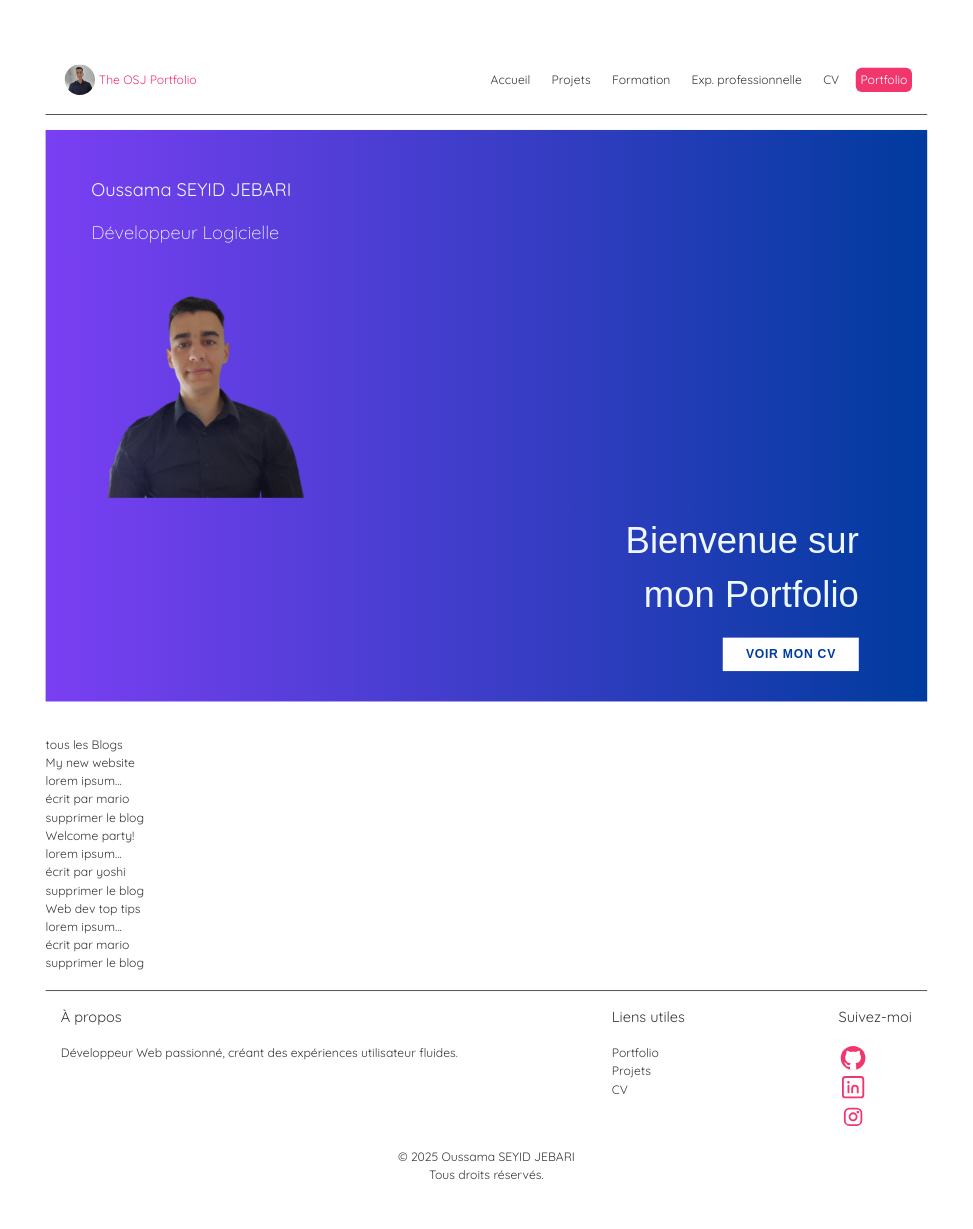
Repository: OussamSJ/Portfolio
Page: /
The author's editor kept a copy of each file at every save. The page is drawn from the files as they stood at one save, then again after the next save.
The browser window is 1280 px wide. The pictures show the whole page, at 76% of full size.
The project was rebuilt for these pictures with package versions that can differ from the ones it lists, and the page was loaded fresh each time. Also part of the build but not shown: src/Random.js, src/Cv.js, src/Expcomponent.js, src/Experiences.js, src/FormationComponent.js, src/Formation.js.

Above is the page before, as saved 2025-05-08 14:43:56.

### public/index.html
<!DOCTYPE html>
<html lang="en">
  <head>
    <meta charset="utf-8" />
    <link rel="icon" href="%PUBLIC_URL%/Logo-Devloper.png" />
    <meta name="viewport" content="width=device-width, initial-scale=1" />
    <meta name="theme-color" content="#000000" />
    <meta
      name="description"
      content="Web site created using create-react-app"
    />
    <link rel="apple-touch-icon" href="%PUBLIC_URL%/logo192.png" />
    <!--
      manifest.json provides metadata used when your web app is installed on a
      user's mobile device or desktop. See https://developers.google.com/web/fundamentals/web-app-manifest/
    -->
    <link rel="manifest" href="%PUBLIC_URL%/manifest.json" />
    <!--
      Notice the use of %PUBLIC_URL% in the tags above.
      It will be replaced with the URL of the `public` folder during the build.
      Only files inside the `public` folder can be referenced from the HTML.

      Unlike "/favicon.ico" or "favicon.ico", "%PUBLIC_URL%/favicon.ico" will
      work correctly both with client-side routing and a non-root public URL.
      Learn how to configure a non-root public URL by running `npm run build`.
    -->
    <title>Portfolio App</title>
  </head>
  <body>
    <noscript>You need to enable JavaScript to run this app.</noscript>
    <div id="root"></div>
    <!--
      This HTML file is a template.
      If you open it directly in the browser, you will see an empty page.

      You can add webfonts, meta tags, or analytics to this file.
      The build step will place the bundled scripts into the <body> tag.

      To begin the development, run `npm start` or `yarn start`.
      To create a production bundle, use `npm run build` or `yarn build`.
    -->
  </body>
</html>

### src/index.css
@import url('https://fonts.googleapis.com/css2?family=Quicksand:wght@300;400;500;600;700&display=swap');
@tailwind base;
@tailwind components;
@tailwind utilities;

/* base styles */
* {
  margin: 0;
  font-family: -apple-system, BlinkMacSystemFont, 'Segoe UI', 'Roboto', 'Oxygen',
    'Ubuntu', 'Cantarell', 'Fira Sans', 'Droid Sans', 'Helvetica Neue',
    sans-serif;
  -webkit-font-smoothing: antialiased;
  -moz-osx-font-smoothing: grayscale;
  font-family: "Quicksand";
  color: #3b3737;
}

code {
  font-family: source-code-pro, Menlo, Monaco, Consolas, 'Courier New',
    monospace;
}
.navbar {
  padding: 20px;
  display: flex;
  align-items: center;
  max-width: 1200px;
  margin: 0 auto;
  border-bottom: 1px solid #212020;

}
.navbar h1 {
  color: #f1356d;
}
.navbar .links {
  margin-left: auto;
}
.navbar a {
  margin-left: 16px;
  text-decoration: none;
  padding: 6px;
}
.navbar img {
 width: 40px;
 height: 40px;
 margin: 5px ;
 object-fit: cover;       /* remplit et rogne si besoin */
 border-radius: 50%;      /* transforme le carré en cercle */
 display: block;
}
.navbar a:hover {
  color: #f1356d;
}
.content {
  max-width: 1200px;
  margin: 40px auto;
  padding: 20px;
}


.couverture {
  background-image:
  url("/public/couverture-portfolio.png");
background-size: cover;        /* couvre tout le conteneur sans déformation */
background-position: center;   /* centre l’image */
background-repeat: no-repeat;  /* pas de répétition */
background-size: contain;
  margin: 20px auto;
  padding: 40px 40px 40px 40px;


  max-width: 1200px;
  display:block;
  flex-direction: column;
  justify-content: center;
  align-items: flex-start;
  padding-left: 60px;
  background: linear-gradient(to right, #7a3ff3, #003b9e); /* dégradé bleu-violet */
  color: white;
  font-family: 'Orbitron', sans-serif; /* une police géométrique, proche de celle utilisée */
}




.presentation {
  display: flex;
  flex-direction:column;
  justify-content: flex-end;
  align-items: flex-end;
  text-align: right;
  margin-top: 20px;
  font-size: 3rem;
  width: 100%;
  height: 100%;
  color: aliceblue;
}
.couverture h1 {
  margin-top: 20px auto;
  margin-right: 50px;
  align-items: center;
  text-align: center;
  color: aliceblue;
text-align: right;
justify-self: right;
  font-family: 'Agrandir Grand', sans-serif; /* une police futuriste */
}

.couverture h3 {
  margin-top: 40px;
  color: aliceblue;
  font-size: 1.5rem;
  margin-top: 20px auto;
  margin: 20px 0;
}

.couverture span {
  color: aliceblue;
  font-weight: 300;
}

.presentation strong {
  color: aliceblue;
  font-size: 3.5rem;
  font-family: 'Agrandir Grand', sans-serif; /* une police futuriste */
}

.button {
justify-content: center;
  margin-top: 20px;
  padding: 10px 30px;
 margin-right: 50px;
  font-size: 1rem;
  background-color: white;
  color: #003b9e;
  border: none;
  cursor: pointer;
  text-transform: uppercase;
  letter-spacing: 1px;
  font-weight: bold;
  font-family: 'Agrandir Grand', sans-serif;
}


.portfolio-footer {
  justify-content: space-between;
  display: flex;
  padding: 20px;
  border-top: 1px solid #212020;
}

.card-title{
  margin-bottom:  20px;

  padding: 0;
  font-size: 1.2rem;

}
.social-links a{
  list-style: none;
  text-decoration: none;
  margin-left: auto;
  text-align: left;

}
.social-links img{
 width: 40%;
 height: 40%;
}


ul {
  list-style-type: none;
  padding: 0; /* Supprime le retrait par défaut */
  margin: 0;  /* Supprime la marge par défaut */
}
.social-links a:hover {
  color: #f1356d;
}

.footer-bottom {
  display: block;
  text-align: center;
  }

  ul li {
    text-align: left;

  }



  .not-found {
    justify-content: center;
    align-items: center;
    text-align: center;
    height: 50vh;
    margin-top: 200px;
    font-size: 3rem;
  }


  img-couverture {
    width: 100%;
    height: 100%;
    justify-content: flex-end;
    align-items: center;
    object-fit:fill; /* Remplit l'élément sans déformation */
    border-radius: 50%; /* Transforme le carré en cercle */
    display: flex;
  }

### src/App.js
import React from 'react';
import { BrowserRouter, Routes, Route } from 'react-router-dom';
import ReactDOM from 'react-dom/client';
import Home from './Home';
import Navbar from './Navbar'; // Si vous avez une barre de navigation
import Cv from './Cv'; // Si vous avez une page de CV
import Footbar from './Footbar';
import Experiences from './Experiences';
import Formation from './Formation';

function App() {
  return (
    <BrowserRouter>
      <div className="App">
        <div className='content'>
          <Routes>
            <Route path="/" element={<Home />} />
            <Route path="/cv" element={<Cv />} />
            <Route path="/experiences-professionnelle" element={<div ><Navbar/> <Experiences /><Footbar/></div>} />
            <Route path="/formation" element={<div ><Navbar/> <Formation /><Footbar/></div>} />
            <Route path="*" element={
              <div >
                <Navbar />
                <h1 className='not-found' >Page introuvable</h1>
                <Footbar />
              </div>
            } />
          </Routes>
        </div>
      </div>
    </BrowserRouter>
  );
}

export default App;

### src/Home.js
import { useEffect, useState } from "react";
import BlogList from "./BlogList";
import Random from "./Random";
import Navbar from "./Navbar";
import Footbar from "./Footbar";


const Home = () => {
  const [blogs, setBlogs] = useState([
    { title: 'My new website', body: 'lorem ipsum...', author: 'mario', id: 1 },
    { title: 'Welcome party!', body: 'lorem ipsum...', author: 'yoshi', id: 2 },
    { title: 'Web dev top tips', body: 'lorem ipsum...', author: 'mario', id: 3 }
  ])

  const handleDelete = (id) => {
    const newBlogs = blogs.filter(blog => blog.id !== id);
    setBlogs(newBlogs);
  }


  useEffect(() => {
    console.log('use effect ran');
    console.log(blogs);
  })

  return (
    <div className="Home">
      <Navbar />


      <div className="couverture">
      <h3> Oussama SEYID JEBARI</h3>
      <h3><span>Développeur Logicielle</span></h3> <br/>
      <div className="img-couverture"><img src="oussama_img.png"></img></div>
      <div className="presentation">
      <h1> Bienvenue sur <br/> mon Portfolio<br/></h1>
      <button class="button">Voir mon CV</button>
      </div>
      </div>
      <BlogList blogs={blogs} title="tous les Blogs" handleDelete={handleDelete}/> <br/>

      <Footbar/>
    </div>
  );
}

export default Home;

### src/Navbar.js
const Navbar = () => {
    return (
      <nav className="navbar">
        <img src="photo-portfolio.jpg" alt="logo" className="logo" />
        <h1>The OSJ Portfolio</h1>
        <div className="links">
          <a href="/">Accueil</a>
          <a href="/projets">Projets</a>
          <a href="/formation">Formation</a>
          <a href="/experiences-professionnelle">Exp. professionnelle</a>
          <a href="/cv">CV</a>
          <a href="/" style={{
            color: 'white',
            backgroundColor: '#f1356d',
            borderRadius: '8px'
          }}>Portfolio</a></div></nav>
    );
  }

  export default Navbar;

### src/Footbar.js

const Footbar = () => {
  return (
  <div className="footbar">
   <footer class="portfolio-footer">

    <div class="card-deck">
    <div class="card">
      <div class="card-body">
        <h4 class="card-title">À propos</h4>
        <p class="card-text">Développeur Web passionné, créant des expériences utilisateur fluides.</p>
      </div>
    </div>
    </div>

    <div class="card-deck">
    <div class="card">
      <div class="card-body">
        <h4 class="card-title">Liens utiles</h4>
        <ul class="social-links" >
        <li><a href="#">Portfolio</a></li>
        <li><a href="#">Projets</a></li>
        <li><a href="#">CV</a></li>
      </ul>
      </div>
    </div>
    </div>

    <div class="card-deck">
    <div class="card">
      <div class="card-body">
        <h4 class="card-title">Suivez-moi</h4>
        <ul class="social-links">
        <li><a href="https://github.com/OussamSJ#"> <img  src="github.svg"  alt="GitHub"></img></a></li>
        <li><a href="https://www.linkedin.com/in/oussama-sj/  "> <img src="linkedin.svg" alt="LinkedIn"></img></a></li>
        <li><a href="https://www.instagram.com/oussama.sj/"> <img src="instagram.svg" alt="Instagram"></img></a></li>
      </ul>
      </div>
    </div>
    </div>

   </footer>
    <div class="footer-bottom">
    <p>© 2025 Oussama SEYID JEBARI <br/> Tous droits réservés.</p>
    </div>

  </div>

  );
}

export default Footbar;

### src/BlogList.js
const BlogList = ({ blogs, title, handleDelete }) => {
    return (
      <div className="blog-list"> <br/>

        <h2>{ title }</h2>
        {blogs.map(blog => (
          <div className="blog-preview" key={blog.id} >
            <h2>{ blog.title }</h2>
            <h4> {blog.body}    </h4>
            <p>écrit par { blog.author }</p>
            <button  onClick={()=>handleDelete (blog.id)}> supprimer le blog</button>
          </div>
        ))}
      </div>
    );
  }

  export default BlogList;

### tailwind.config.js
/** @type {import('tailwindcss').Config} */
module.exports = {
  content: [  "./src/**/*.{js,ts,jsx,tsx}",],
  theme: {
    extend: {
      colors: {
        primary: '#f1356d', // Exemple
      },
    },
  },
  plugins: [],
}

Loaded but not shown: src/index.js (common file); src/reportWebVitals.js (common file)

After the next save:
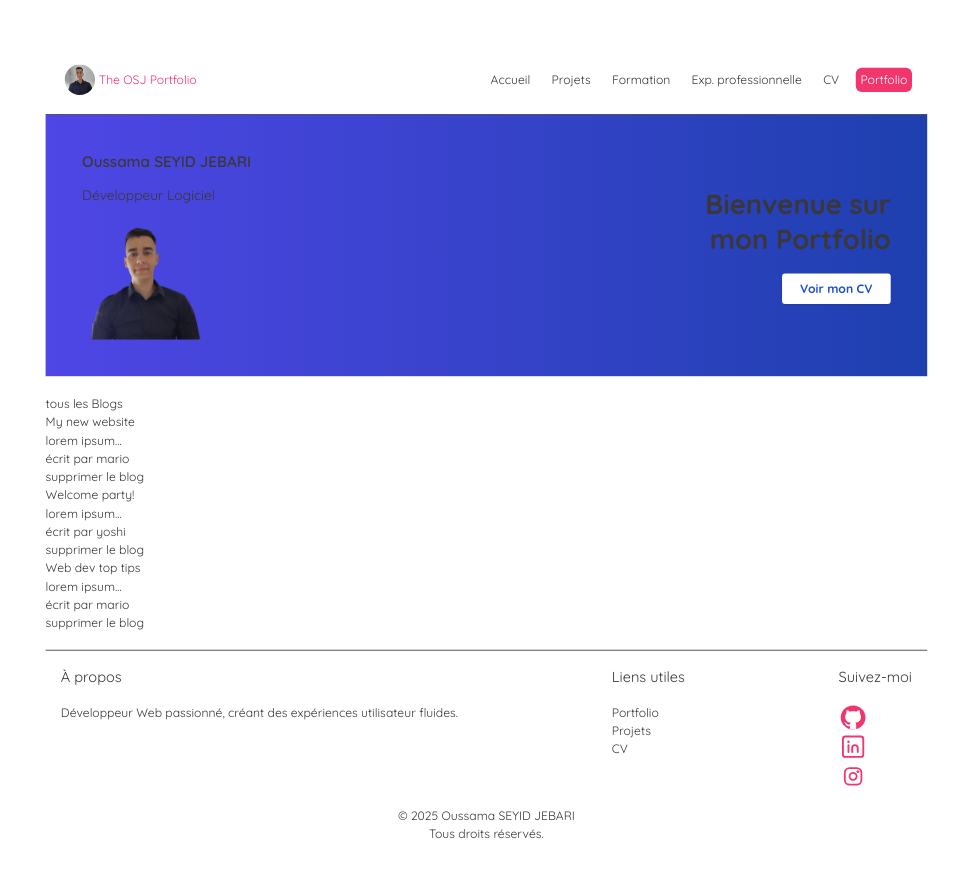
Saved 2 min 3 s later.
--- a/src/Home.js
+++ b/src/Home.js
@@ -26,17 +26,28 @@
   return (
     <div className="Home">
       <Navbar />
+      <div className="flex items-center justify-between bg-gradient-to-r from-indigo-600 to-blue-800 text-white p-12 flex-wrap">
 
+{/* Partie gauche */}
+<div className="flex flex-col items-start space-y-4 max-w-md">
+  <h3 className="text-xl font-semibold">Oussama SEYID JEBARI</h3>
+  <h3 className="text-lg"><span>Développeur Logiciel</span></h3>
+  <div className="w-40 h-40 mt-4">
+    <img src="oussama_img.png" alt="photo de profil" className="rounded-lg object-cover w-full h-full" />
+  </div>
+</div>
 
-      <div className="couverture">
-      <h3> Oussama SEYID JEBARI</h3>
-      <h3><span>Développeur Logicielle</span></h3> <br/>
-      <div className="img-couverture"><img src="oussama_img.png"></img></div>
-      <div className="presentation">
-      <h1> Bienvenue sur <br/> mon Portfolio<br/></h1>
-      <button class="button">Voir mon CV</button>
-      </div>
-      </div>
+{/* Partie droite */}
+<div className="text-right max-w-md mt-10 md:mt-0">
+  <h1 className="text-4xl font-bold mb-6 leading-tight">
+    Bienvenue sur <br /> mon Portfolio
+  </h1>
+  <button className="bg-white text-blue-700 font-bold py-2 px-6 rounded shadow hover:bg-gray-100 transition">
+    Voir mon CV
+  </button>
+</div>
+</div>
+
       <BlogList blogs={blogs} title="tous les Blogs" handleDelete={handleDelete}/> <br/>
 
       <Footbar/>
